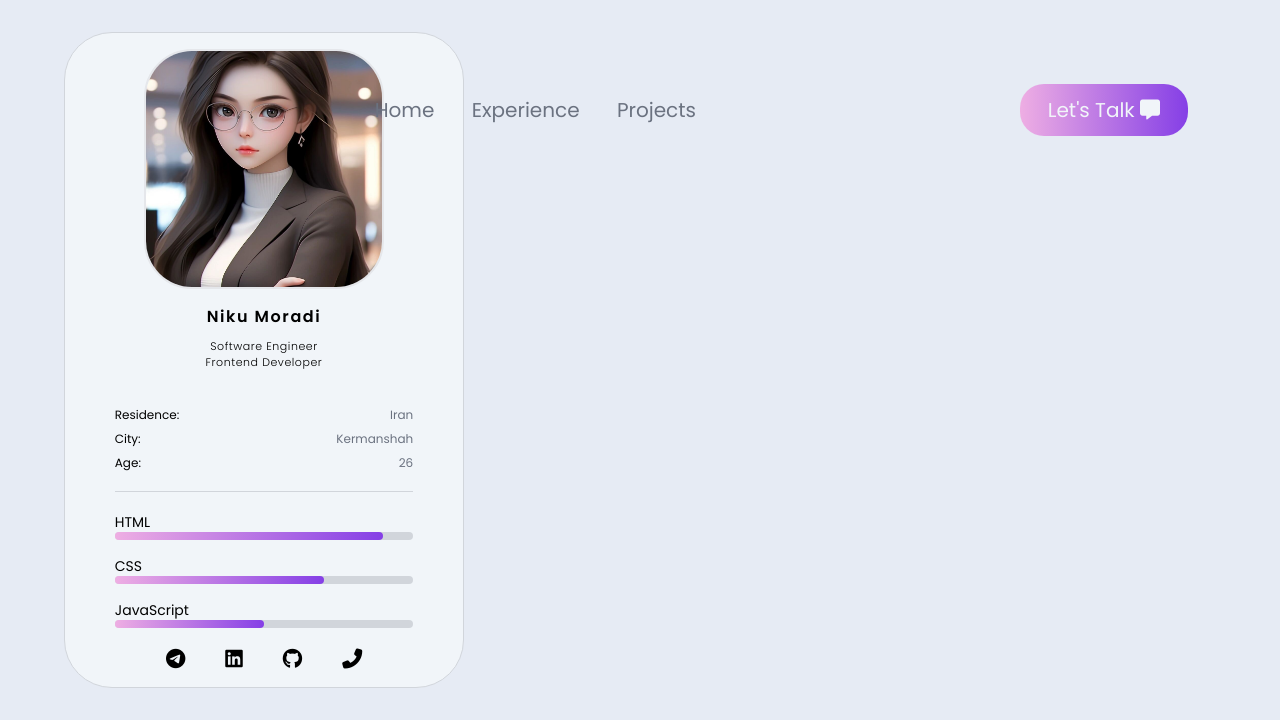
Repository: NikuMoradi/niku-moradi
Page: /
An editor plug-in stored every save of this project. The page is shown before and after the next save, followed by the edit.
The browser window is 1280 px wide. The pictures show the whole page.
The project was rebuilt for these pictures with package versions that can differ from the ones it lists, and the page was loaded fresh each time. The framework's server and built-in components were replaced by stand-ins that run in the browser. Also part of the build but not shown: nuxt.config.ts, components/Blog Posts/Component-Design.vue, components/Blog.vue, components/Contact.vue, components/Education.vue, components/Experience.vue, components/Hero.vue, components/Menu.vue and 3 more.

Above is the page before, as saved 2024-12-01 11:57:40.

### assets/css/main.css
@tailwind base;
@tailwind components;
@tailwind utilities;
@layer base {
  body {
    background-color: #e6ebf4;
  }
}

@layer utilities {
  .bg-primary-gradient {
    background: linear-gradient(
      90deg,
      rgba(238, 174, 227, 1) 0%,
      rgb(133, 63, 230) 100%
    );
  }

  .text-primary-gradient {
    background: linear-gradient(
      90deg,
      rgba(238, 174, 227, 1) 0%,
      rgb(133, 63, 230) 100%
    );
  }
}

### components/LeftPanel.vue
<template>
  <div
    class="text-black w-[400px] flex flex-col items-center bg-slate-100 border border-gray-300 rounded-4xl"
    style="height: calc(100vh - 4rem)"
  >
    <!-- Header-->
    <div class="w-full py-4 flex flex-col items-center justify-center">
      <img
        src="../assets/img/photo_2024-11-28_10-37-05.jpg"
        alt="Profile Picture"
        class="w-60 h-60 mb-5 border-2 object-cover object-center rounded-4xl"
      />
      <h2
        class="text-[16px] font-semibold tracking-widest leading-[16.8px] mb-3"
      >
        Niku Moradi
      </h2>
      <p class="text-[11px] font-light tracking-wider leading-[16.5px]">
        Software Engineer
      </p>
      <p class="text-[11px] font-light tracking-wider leading-[16.5px]">
        Frontend Developer
      </p>
    </div>

    <!-- middle -->
    <div class="w-3/4 flex flex-col overflow-y-auto scrollbar-hide">
      <!-- table -->
      <div class="py-5 text-xs border-b border-gray-300 mb-5">
        <ul class="space-y-2">
          <li class="flex justify-between">
            <h6>Residence:</h6>
            <span class="text-gray-500">Iran</span>
          </li>
          <li class="flex justify-between">
            <h6>City:</h6>
            <span class="text-gray-500">Kermanshah</span>
          </li>
          <li class="flex justify-between">
            <h6>Age:</h6>
            <span class="text-gray-500">26</span>
          </li>
        </ul>
      </div>
      <!-- Skill Bars -->
      <div class="space-y-4 pb-5 border-b border-gray-300 mb-5">
        <div>
          <label class="block text-sm">HTML</label>
          <div class="w-full bg-gray-300 h-2 rounded-full">
            <div class="bg-primary-gradient h-2 rounded-full w-[90%]"></div>
          </div>
        </div>
        <div>
          <label class="block text-sm">CSS</label>
          <div class="w-full bg-gray-300 h-2 rounded-full">
            <div class="bg-primary-gradient h-2 rounded-full w-[70%]"></div>
          </div>
        </div>
        <div>
          <label class="block text-sm">JavaScript</label>
          <div class="w-full bg-gray-300 h-2 rounded-full">
            <div class="bg-primary-gradient h-2 rounded-full w-[50%]"></div>
          </div>
        </div>
        <div>
          <label class="block text-sm">Vue.js</label>
          <div class="w-full bg-gray-300 h-2 rounded-full">
            <div class="bg-primary-gradient h-2 rounded-full w-[50%]"></div>
          </div>
        </div>
        <div>
          <label class="block text-sm">Nuxt.js</label>
          <div class="w-full bg-gray-300 h-2 rounded-full">
            <div class="bg-primary-gradient h-2 rounded-full w-[40%]"></div>
          </div>
        </div>
        <div>
          <label class="block text-sm">Quasar</label>
          <div class="w-full bg-gray-300 h-2 rounded-full">
            <div class="bg-primary-gradient h-2 rounded-full w-[70%]"></div>
          </div>
        </div>
        <div>
          <label class="block text-sm">Tailwind</label>
          <div class="w-full bg-gray-300 h-2 rounded-full">
            <div class="bg-primary-gradient h-2 rounded-full w-[60%]"></div>
          </div>
        </div>
      </div>
      <!-- General Skills -->
      <ul
        class="text-gray-500 text-[11px] font-light tracking-wider space-y-2 mb-5"
      >
        <li class="flex items-center">
          <i class="fas fa-check fa-xs text-fuchsia-600 mr-2"></i>
          English Level B2
        </li>
        <li class="flex items-center">
          <i class="fas fa-check fa-xs text-fuchsia-600 mr-2"></i>
          Git Knowledge
        </li>
        <li class="flex items-center">
          <i class="fas fa-check fa-xs text-fuchsia-600 mr-2"></i>
          Design Patterns
        </li>
      </ul>
    </div>

    <!-- Social Links -->
    <div class="w-full py-4 text-center mt-auto">
      <div class="space-x-10">
        <a
          href="https://t.me/yourusername"
          target="_blank"
          class="hover:text-blue-400"
        >
          <i class="fab fa-telegram fa-lg"></i>
        </a>
        <a
          href="https://linkedin.com/in/yourusername"
          target="_blank"
          class="hover:text-blue-600"
        >
          <i class="fab fa-linkedin fa-lg"></i>
        </a>
        <a
          href="https://github.com/yourusername"
          target="_blank"
          class="hover:text-gray-700"
        >
          <i class="fab fa-github fa-lg"></i>
        </a>
        <a href="tel:+1234567890" class="hover:text-green-400">
          <i class="fas fa-phone-alt fa-lg"></i>
        </a>
      </div>
    </div>
  </div>
</template>

### components/Navbar.vue
<template>
  <div
    class="flex items-center justify-between px-3 py-1 space-x-12 fixed top-20 right-20 w-2/3"
  >
    <div>
      <!-- About -->

      <NuxtLink
        to="/about"
        class="py-3 px-4 text-xl text-gray-500"
        exact-active-class="border border-gray-400 rounded-3xl font-semibold tracking-wide text-zinc-800"
      >
        Home
      </NuxtLink>

      <!-- Experience -->
      <NuxtLink
        to="/experience"
        class="py-3 px-4 text-xl text-gray-500"
        exact-active-class="border border-gray-400 rounded-3xl font-semibold tracking-wide text-zinc-800"
      >
        Experience
      </NuxtLink>

      <!-- Projects -->
      <NuxtLink
        to="/projects"
        class="py-3 px-4 text-xl text-gray-500"
        exact-active-class="border border-gray-400 rounded-3xl font-semibold tracking-wide text-zinc-800"
      >
        Projects
      </NuxtLink>
      <!-- Blog -->
    </div>
    <button
      class="py-3 px-7 rounded-3xl text-xl text-slate-100 bg-primary-gradient"
    >
      Let's Talk
      <i class="fa fa-message"></i>
    </button>
  </div>
</template>

### layouts/default.vue
<template>
  <div class="w-6xl min-h-screen flex items-center px-16">
    <LeftPanel />
    <Navbar />
    <!-- Fixed Width Centered Card -->
    <!-- <div
      class="w-full max-w-5xl overflow-hidden z-10"
      style="height: calc(100vh)"
    > -->
    <!-- Scrollable Content -->
    <!-- <div class="overflow-y-auto h-full scrollbar-hide"> -->
    <NuxtPage />
    <!-- </div> -->
    <!-- </div> -->
  </div>
</template>

<style scoped></style>

### app.vue
<!-- The app.vue is just holding the layout container and serving as the root.
 The default.vue layout handles the overall structure of the page.
All content from your pages will automatically be placed inside the NuxtPage slot of the layout.-->
<template>
  <NuxtLayout />
</template>

### pages/index.vue
<template></template>

<style></style>

### tailwind.config.js
/** @type {import('tailwindcss').Config} */
export default {
  content: [
    "./components/**/*.{js,vue,ts}",
    "./layouts/**/*.vue",
    "./pages/**/*.vue",
    "./plugins/**/*.{js,ts}",
    "./app.vue",
    "./error.vue",
  ],
  theme: {
    extend: {
      fontFamily: {
        sans: ["Poppins", "sans-serif"],
      },
      borderRadius: {
        "4xl": "3rem", // Custom rounded size
      },
    },
  },
  plugins: [require("tailwind-scrollbar-hide")],
};

Loaded but not shown: plugins/aos.client.js (no copy from this time; the picture is the same without it)

After the next save:
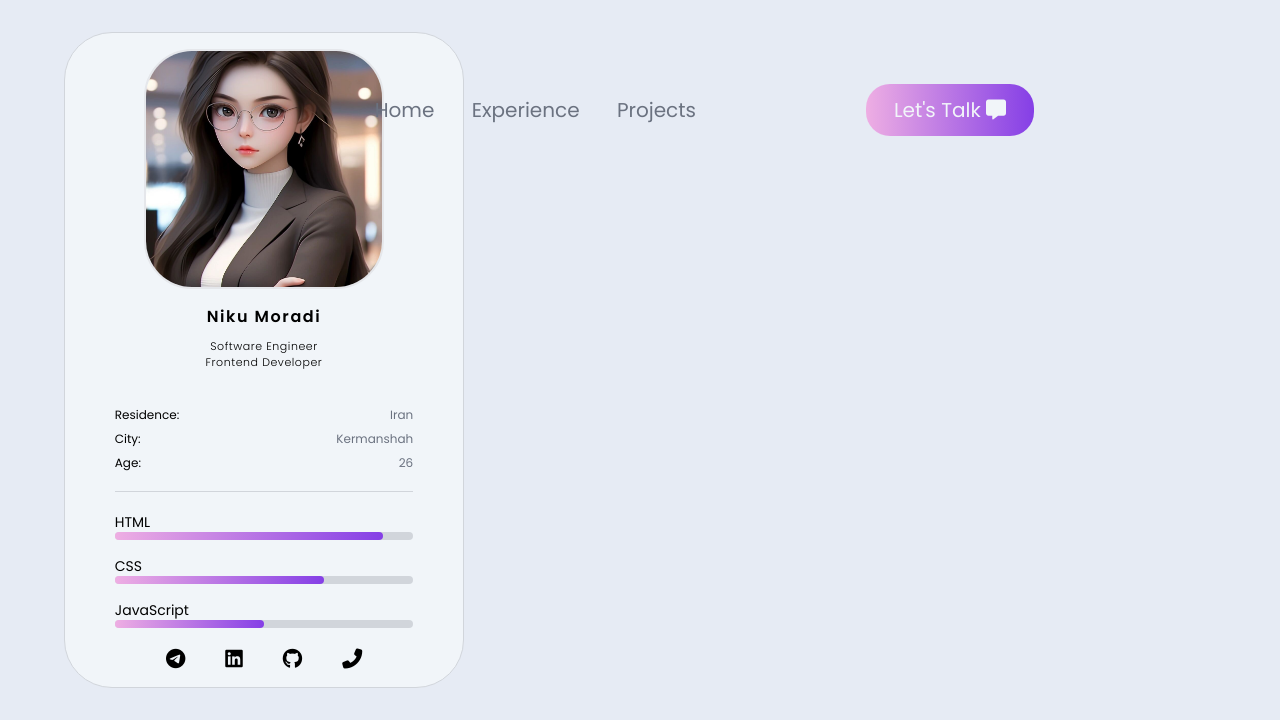
Saved 74 s later.
--- a/components/Navbar.vue
+++ b/components/Navbar.vue
@@ -38,5 +38,8 @@
       Let's Talk
       <i class="fa fa-message"></i>
     </button>
+    <button>
+      <i class="fa fa-moon-stars"></i>
+    </button>
   </div>
 </template>
